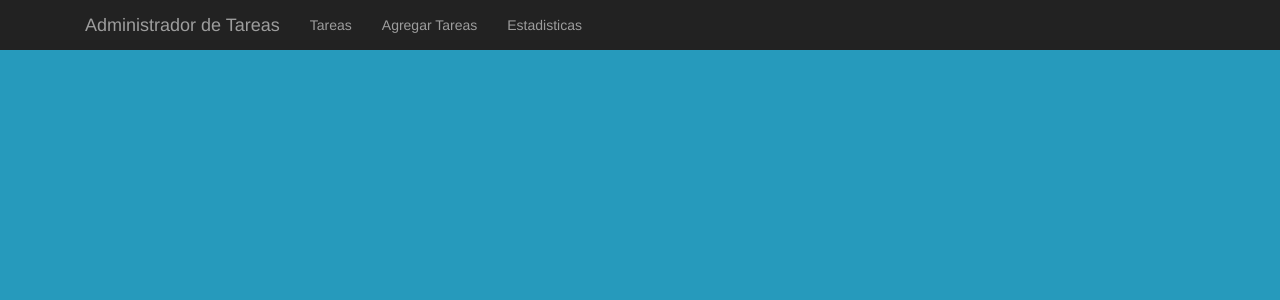
Repository: jhonatan810/waAdministradirdeTareas
Page: AdministradordeTareas/WebContent/index.html
An editor plug-in stored every save of this project. The page is shown before and after the next save, followed by the edit.
The browser window is 1280 px wide. The pictures show the whole page.

Above is the page before, as saved 2016-10-28 21:16:17.

### AdministradordeTareas/WebContent/index.html
<!DOCTYPE html>
<html>
<head>
	<meta charset="ISO-8859-1">
	<title>Administrador de Tareas</title>

	<!--Estilos -->
		<link rel="stylesheet" href="css/bootstrap.min.css" rel="stylesheet"/>
		<link rel="stylesheet" href="css/app.css" rel="stylesheet"/>
	<!--Librerias javascript -->
		<script src="js/jquery-3.1.1.min.js"></script>
		<script src="js/bootstrap.min.js"></script>
	<!--Librerias Angular.js -->
		<script src="js/angular.min.js"></script>
		<script src="js/angular-ui-router.min.js"></script>
	<!--Librerias de la Aplicacion -->
		<script src="app/app.js"></script>
		<script src="app/MainCtrl.js"></script>
</head>
<body ng-app="AdministradordeTareas">

	<!--Menu-->
	<div class="menunavbar navbar-inverse">
		<div class="container">
			<a ui-sref="inicio" class="navbar-brand">Administrador de Tareas</a>
			<div class="navbar-header">
				<button type="button" class="navbar-toggle"
					data-toggle="collapse"
					data-target=".navbar-collapse">
					<span class="sr-only">Toogle navigation</span>
					<span class="icon-bar"></span>
					<span class="icon-bar"></span>
					<span class="icon-bar"></span>
				</button>
			</div>

			<div class="navbar-collapse collapse">
				<ul class="nav navbar-nav">
					<li><a ui-sref="tareas">Tareas</a></li>
					<li><a ui-sref="nuevaTarea">Agregar Tareas</a></li>
					<li><a ui-sref="estadisticas">Estadisticas</a></li>
				</ul>
			</div>
		</div>

	</div>
	<!--/Menu-->

	<div id="contenedor-"principal class="container">
		<div ui-view>
		</div>
	</div>


</body>
</html>

### AdministradordeTareas/WebContent/css/app.css
body{
	background-color: #269abc;
}

.menu{
	position: fixed;
	z-index: 1000;
	width: 100%;
}
#contenedor-principal{
	padding-top: 50px;
	margin-bottom: 50px;
	background-color: #fff;
	border: 2px solid;
	border-radius: 0px, 0px, 25px, 25px;
}

.navbar{
	margin-bottom: 0px;
}

### AdministradordeTareas/WebContent/app/app.js
(function(){
	"use strict";

	var app = angular.module("AdministradordeTareas", ["ui.router"]);

	app.config(["$stateProvider", "$urlRouterProvider",
	            function($stateProvider, $urlRouterProvider){

					$stateProvider
							.state("inicio",{
								url: "/",
								templateUrl:"paginas/bienvenidos.html"
							})
							.state("tareas",{
								url: "/tareas",
								templateUrl:"paginas/tareas.html"
							})
							.state("nuevaTarea",{
								url: "/nuevatarea",
								templateUrl:"paginas/nuevatarea.html"
							})
							.state("estadisticas",{
								url: "/estadisticas",
								templateUrl:"paginas/estadisticas.html"
							});

				}]);
})();

### AdministradordeTareas/WebContent/app/MainCtrl.js
(function(){
	"use strict";

	angular.module("AdministradordeTareas")
		.controller("MainCtrl", [MainCtrl]);

	function MainCtrl(){
		var vm = this;

		vm.saludo = "Hola que tal";
		vm.despedida = "adios";
	}

})();

Loaded but not shown: AdministradordeTareas/WebContent/css/bootstrap.min.css (library); AdministradordeTareas/WebContent/js/jquery-3.1.1.min.js (library); AdministradordeTareas/WebContent/js/bootstrap.min.js (library); AdministradordeTareas/WebContent/js/angular.min.js (library); AdministradordeTareas/WebContent/js/angular-ui-router.min.js (library)

After the next save:
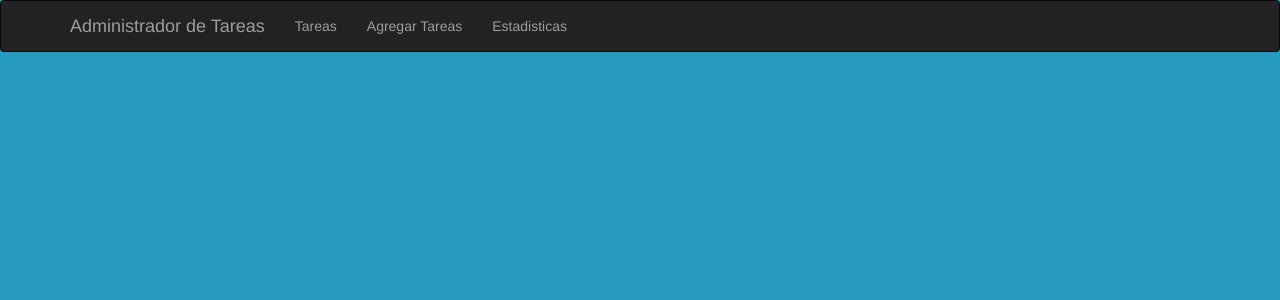
Saved 24 s later.
--- a/AdministradordeTareas/WebContent/index.html
+++ b/AdministradordeTareas/WebContent/index.html
@@ -20,7 +20,7 @@
 <body ng-app="AdministradordeTareas">
 
 	<!--Menu-->
-	<div class="menunavbar navbar-inverse">
+	<div class="menu navbar navbar-inverse">
 		<div class="container">
 			<a ui-sref="inicio" class="navbar-brand">Administrador de Tareas</a>
 			<div class="navbar-header">
